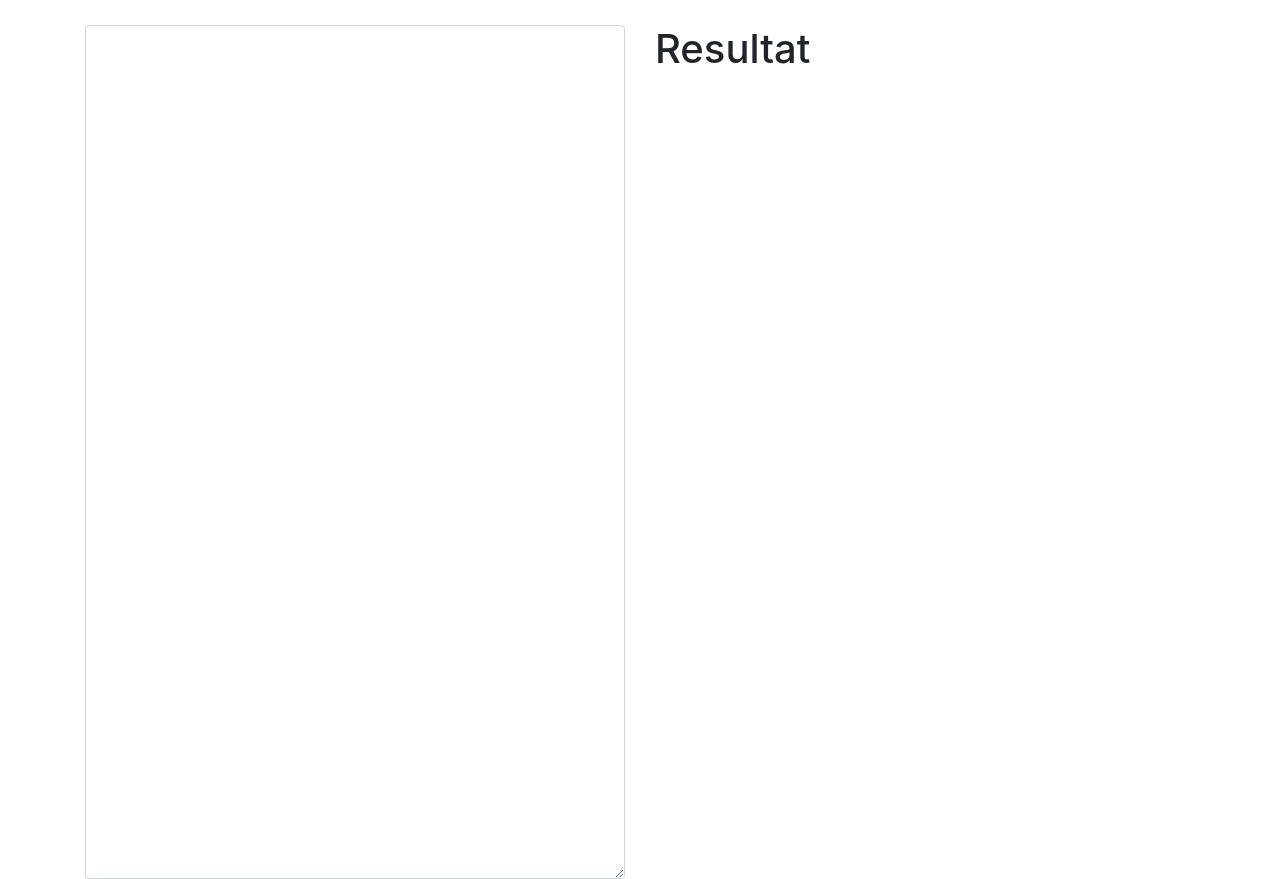
Repository: IsmailSnow/react
Page: / (app in mardown-app/)
An editor plug-in stored every save of this project. The page is shown before and after a run of saves, followed by the edit.
The browser window is 1280 px wide. The pictures show the whole page.
The project was rebuilt for these pictures with package versions that can differ from the ones it lists, and the page was loaded fresh each time.

Above is the page before, as saved 2019-11-23 15:55:28.

After the next 2 saves:
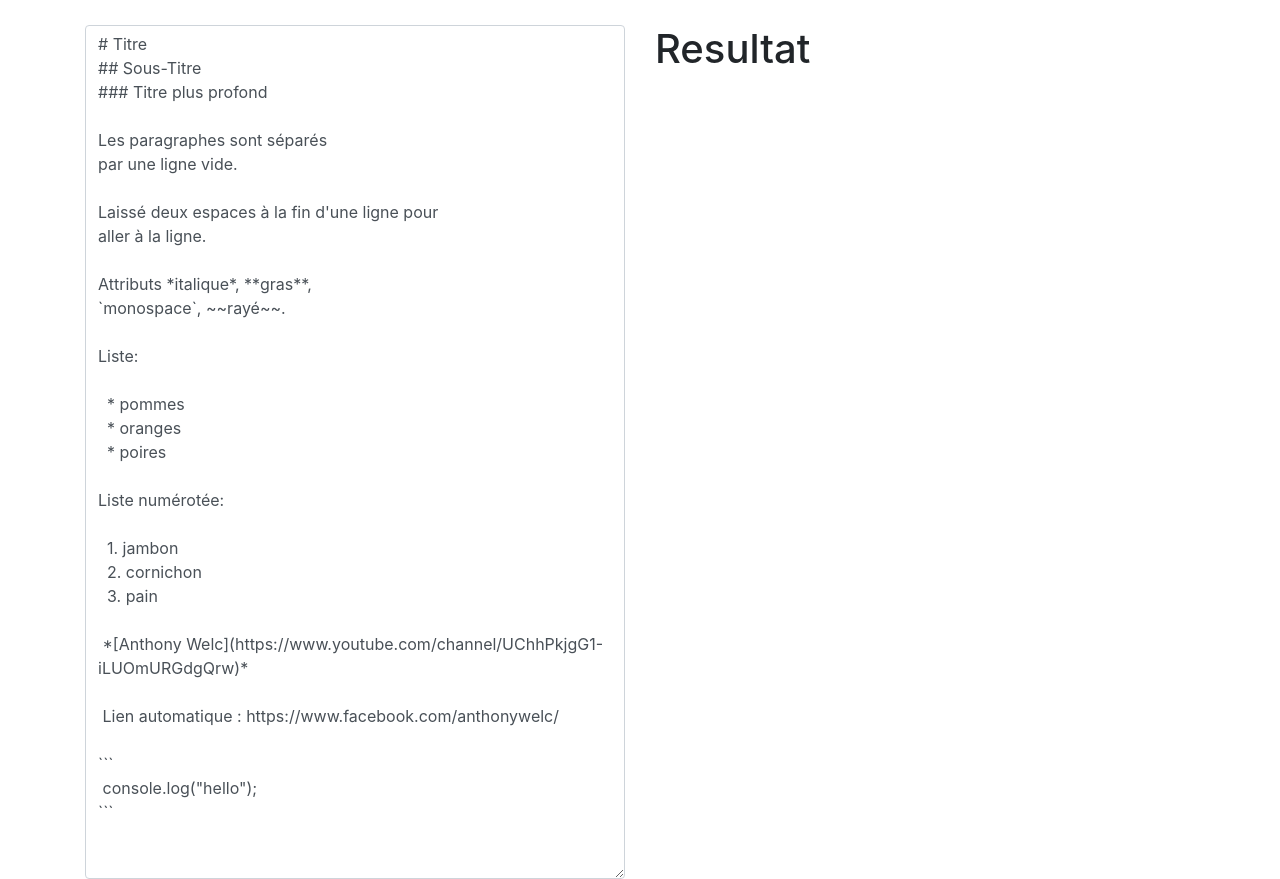
The 2 saves are shown as one change because they came seconds apart.
The last was saved 26 s later.
--- a/mardown-app/src/App.js
+++ b/mardown-app/src/App.js
@@ -8,7 +8,7 @@ function App() {
     <div className='container'>
        <div className='row'>
          <div className='col-sm-6'>
-            <textarea rows='35' className='form-control' />
+            <textarea value={sampleText} rows='35' className='form-control' />
          </div>
          <div className='col-sm-6'>
             <h1> Resultat</h1>
